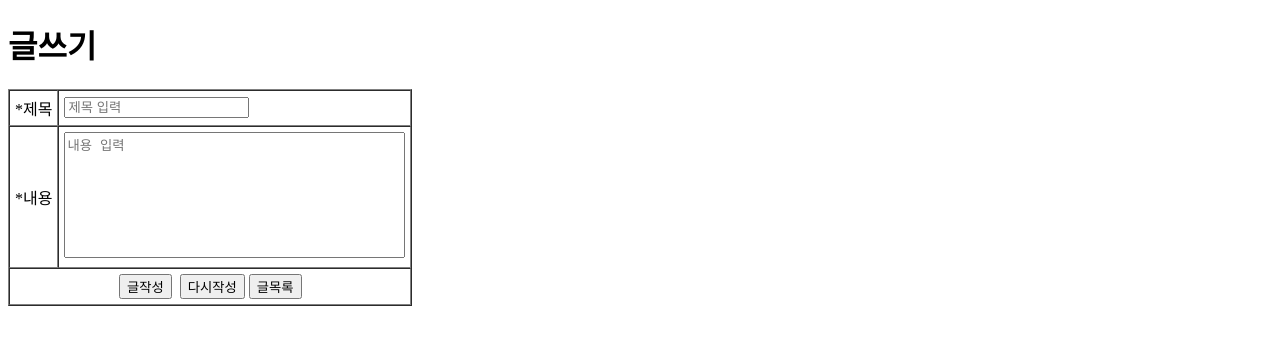
Repository: dahye1013/java-basic-learning
Page: http://localhost/memberJSP/board/boardWriteForm.jsp
An editor plug-in stored every save of this project. The page is shown before and after the next save, followed by the edit.
The browser window is 1280 px wide. The pictures show the whole page.
The page is served by Tomcat 9. Other server files are loaded and not shown.

Above is the page before, as saved 2020-06-09 06:01:50.

### memberJSP/WebContent/board/boardWriteForm.jsp
<%@ page language="java" contentType="text/html; charset=EUC-KR"
    pageEncoding="EUC-KR"%>
<!DOCTYPE html>
<html>
<head>
<meta charset="EUC-KR">
<title>글쓰기</title>
</head>
<h1>글쓰기</h1>
<form name = "boardWriteForm" method="post" action="/guestbookServlet/GuestbookWriteServlet">

<table border="1" cellspacing="0" cellpadding="5">
<td>*제목</td>
<td><input type="text" name="subject" placeholder="제목 입력"></td>
</tr>
<tr>
<td >*내용</td><!-- textarea는 value가 없다. -->
<td ><textarea name="content" id="content" cols="40" rows="8" style="resize:none;" placeholder="내용 입력"></textarea></td>
</tr>
<tr>
<td colspan="2" align="center"><input type="button" value="글작성" onclick="checkBoardWriteForm()">
&nbsp;<input type="reset" value="다시작성">
<input type="button" value="글목록" onclick=location.href=''></td>
</tr>

</table>

</form>

</body>
<script type="text/javascript" >
function checkBoardWriteForm() {
	if(document.boardWriteForm.subject.value == ""){
		alert("제목을 입력하세요");
		document.boardWriteForm.subject.focus();
	}else if (document.boardWriteForm.content.value == ""){
		alert("내용을 c입력하세요");
		document.boardWriteForm.content.focus();
	}else
		document.boardWriteForm.submit(); //submit은 name 속성을 가진 애들만 옮긴다.
}
</script>

</html>

After the next save:
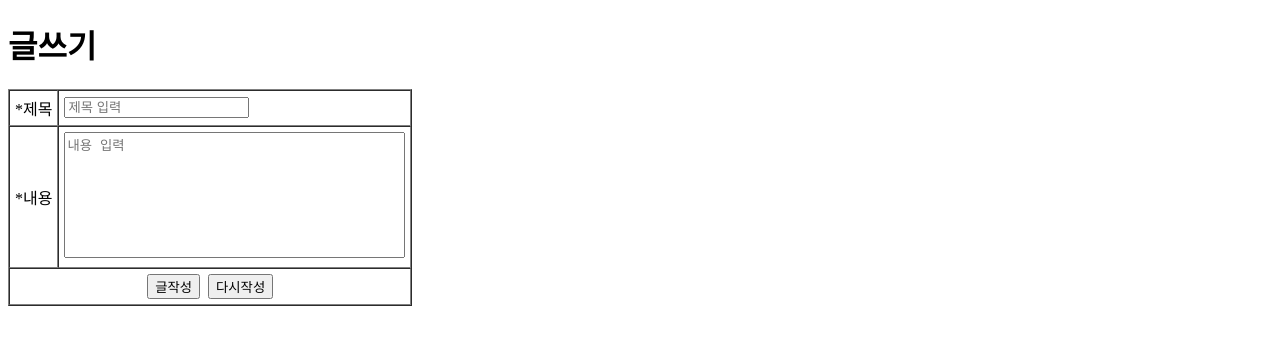
Saved 104 s later.
--- a/memberJSP/WebContent/board/boardWriteForm.jsp
+++ b/memberJSP/WebContent/board/boardWriteForm.jsp
@@ -20,7 +20,7 @@
 <tr>
 <td colspan="2" align="center"><input type="button" value="글작성" onclick="checkBoardWriteForm()">
 &nbsp;<input type="reset" value="다시작성">
-<input type="button" value="글목록" onclick=location.href=''></td>
+<!-- <input type="button" value="글목록" onclick=location.href=''> --></td>
 </tr>
 
 </table>
